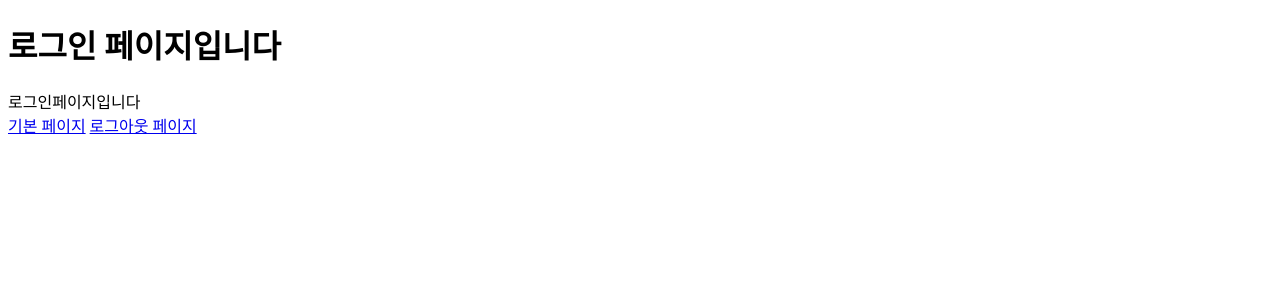
Repository: lhj1214/spring
Page: http://localhost/di/login
An editor plug-in stored every save of this project. The page is shown before and after the next save, followed by the edit.
The browser window is 1280 px wide. The pictures show the whole page.
The page is served by Tomcat 9.

Above is the page before, as saved 2020-11-18 06:07:36.

After the next save:
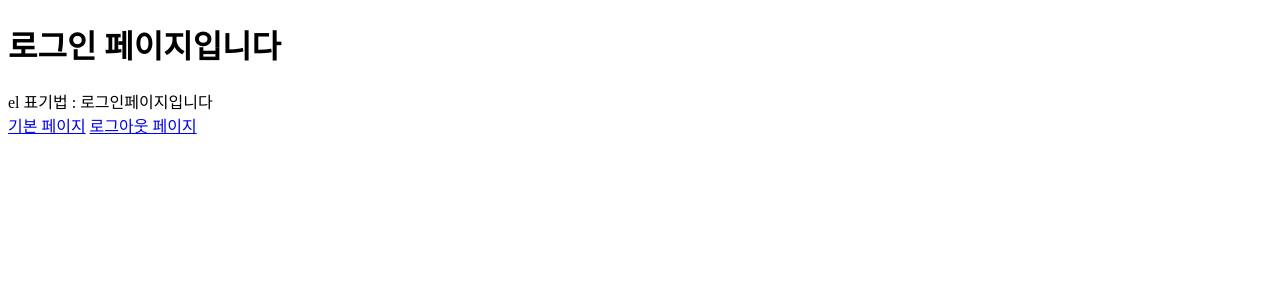
Saved 12 s later.
--- a/spring_workspace/di/src/main/webapp/WEB-INF/views/member/login.jsp
+++ b/spring_workspace/di/src/main/webapp/WEB-INF/views/member/login.jsp
@@ -8,7 +8,7 @@
 </head>
 <body>
 	<h1>로그인 페이지입니다</h1>
-	${ login }<br>
+	el 표기법 : ${ login }<br>
 	<a href="index">기본 페이지</a>
 	<a href="logout">로그아웃 페이지</a>
 </body>
